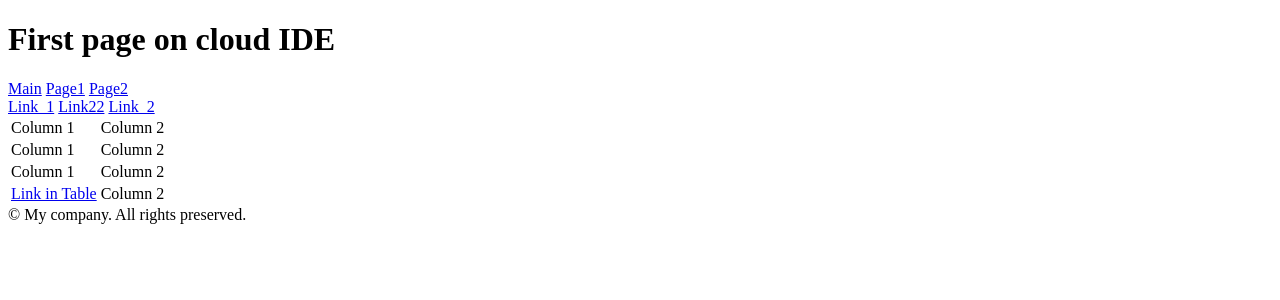
Repository: T72B/HTML
Page: index.html
The author's editor kept a record of every edit. The page is drawn from the files as they stood at one moment, then again after the next edit.
The browser window is 1280 px wide. The pictures show the whole page.

Above is the page before.

After the next edit:
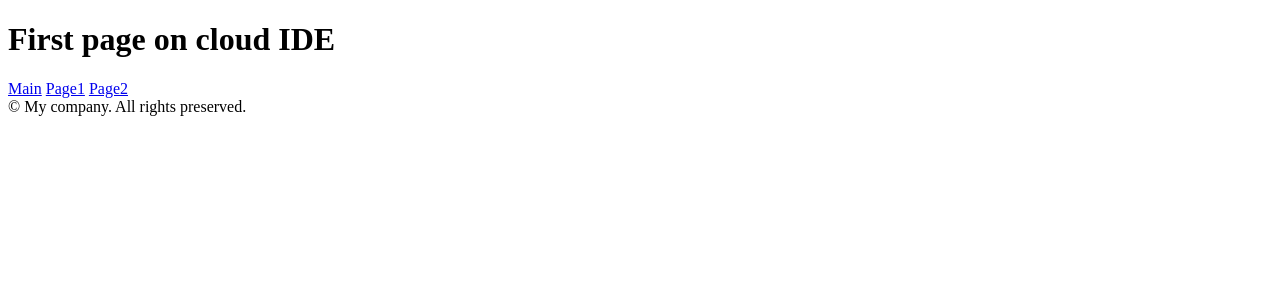
The edit:
--- a/index.html
+++ b/index.html
@@ -15,15 +15,6 @@
     </div>
 </header>
 <content>
-    <a href='#'>Link_1</a>
-    <a href="#">Link22</a>
-    <a href='#'>Link_2</a>
-    <table>
-    <tr><td>Column 1</td><td>Column 2</td></tr>
-    <tr><td>Column 1</td><td>Column 2</td></tr>
-    <tr><td>Column 1</td><td>Column 2</td></tr>
-    <tr><td><a href='#'>Link in Table</a></td><td>Column 2</td></tr>
-    </table>
 </content>
 <footer>
     <span>&copy; My company. All rights preserved.</span>
